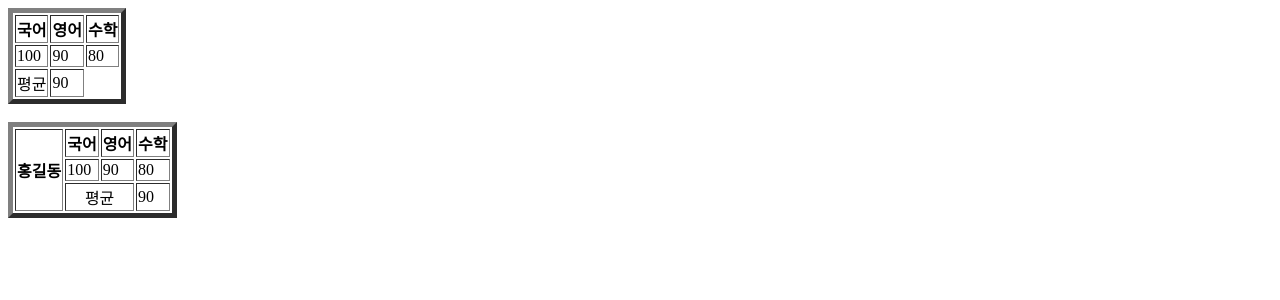
Repository: tjdwlsaos22/TJ_JSP
Page: jsp/HTML/src/main/webapp/Lec04.html
An editor plug-in stored every save of this project. The page is shown before and after the next save, followed by the edit.
The browser window is 1280 px wide. The pictures show the whole page.

Above is the page before, as saved 2024-01-17 03:13:48.

After the next save:
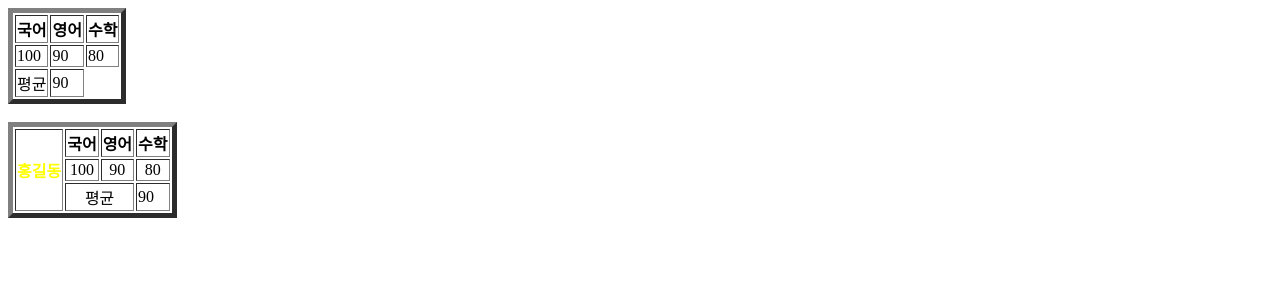
Saved 2 min 22 s later.
--- a/jsp/HTML/src/main/webapp/Lec04.html
+++ b/jsp/HTML/src/main/webapp/Lec04.html
@@ -24,15 +24,15 @@
 		<br>
 		<table border="5">
 			<tr>
-				<th rowspan="3">홍길동</th>
+				<th rowspan="3"><font color="yellow">홍길동</font></th>
 				<th>국어</th>
 				<th>영어</th>
 				<th>수학</th>
 			</tr>
 			<tr>
-				<td>100</td>
-				<td>90</td>
-				<td>80</td>
+				<td align="center">100</td>
+				<td align="center">90</td>
+				<td align="center">80</td>
 			</tr>
 			<tr>
 				<td colspan="2" align="center">평균</td>
